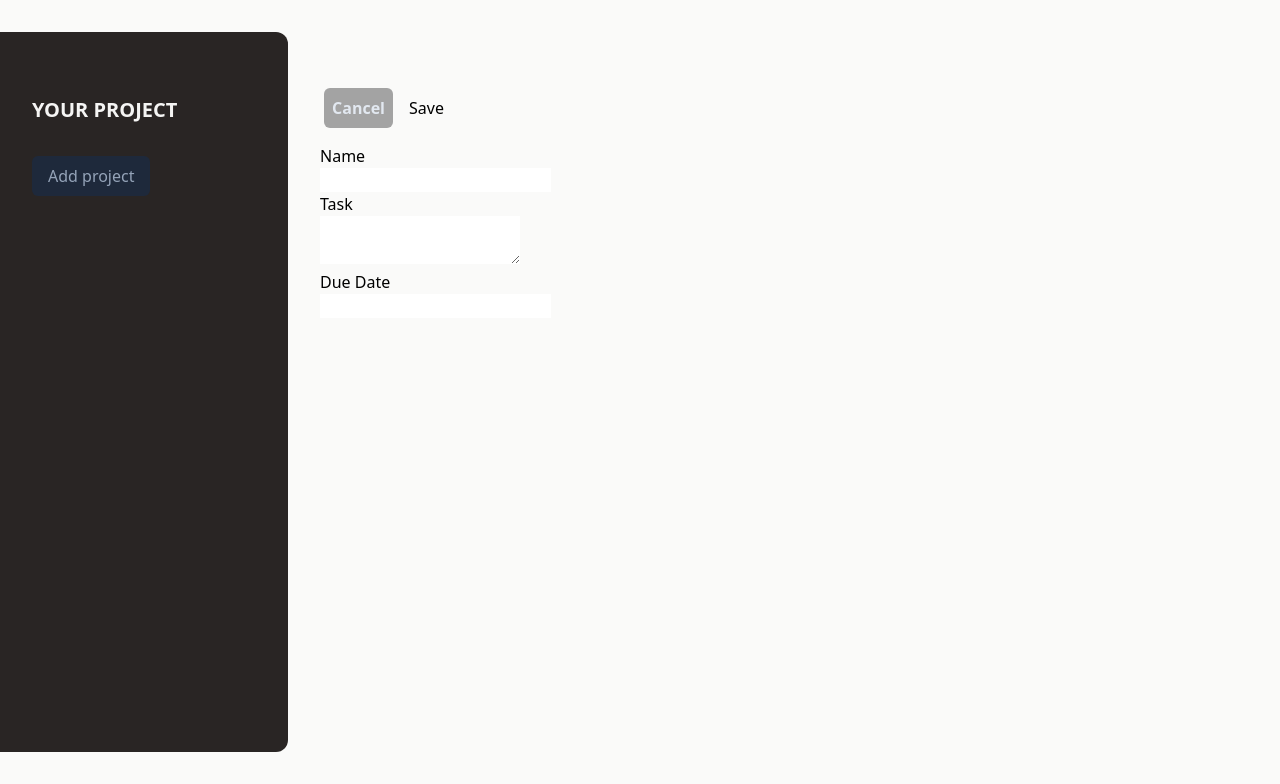
Repository: sibi24sibi/todo-list-using-reactjs
Page: /
These files come from the project's save history. The page is drawn as it stood at one moment and after the next save; the edit follows.
The browser window is 1280 px wide. The pictures show the whole page.
The project was rebuilt for these pictures with package versions that can differ from the ones it lists, and the page was loaded fresh each time. Also part of the build but not shown: vite.config.js.

Above is the page before, as saved 2024-06-24 12:07:09.

After the next save:
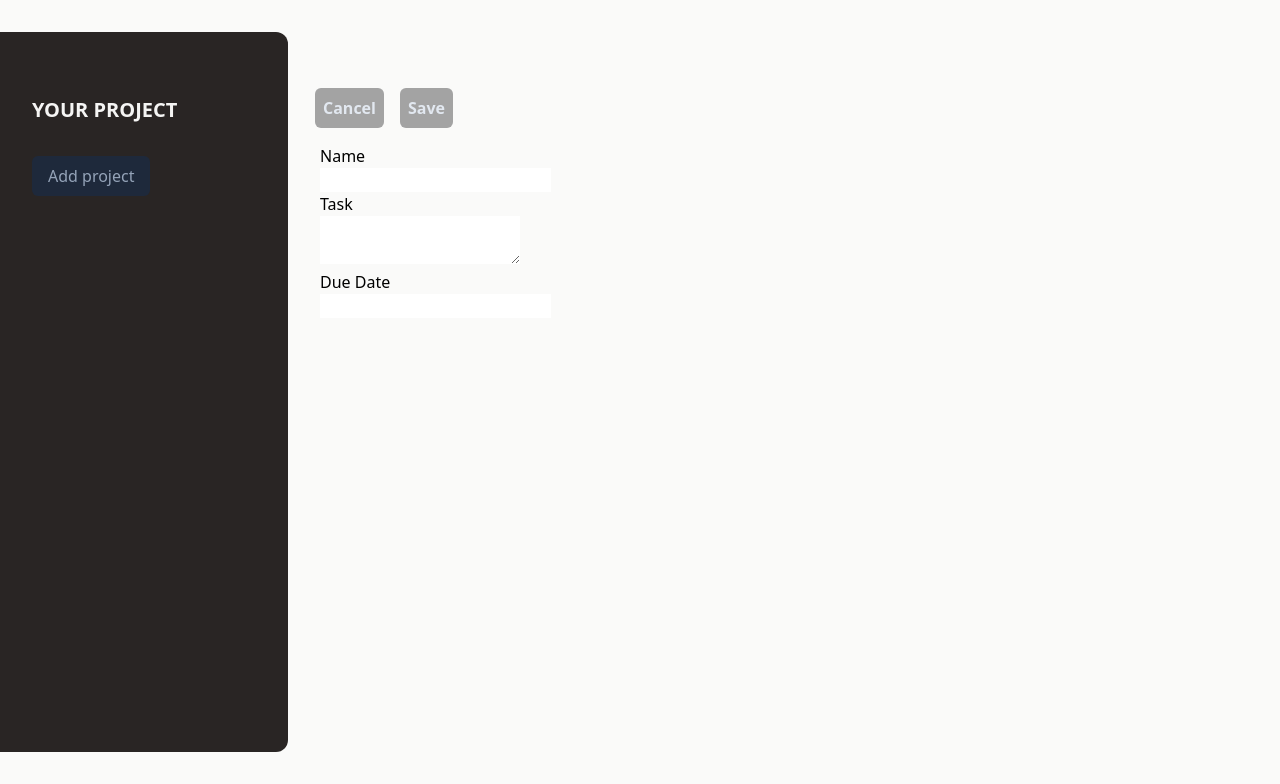
Saved 38 s later.
--- a/src/assets/Components/Input/NewProjects.jsx
+++ b/src/assets/Components/Input/NewProjects.jsx
@@ -10,7 +10,9 @@ export default function NewPoject() {
           </button>
         </li>
         <li>
-          <button>Save</button>
+          <button className="p-2 bg-neutral-400 font-semibold text-slate-200 rounded-md">
+            Save
+          </button>
         </li>
       </menu>
       <div>
